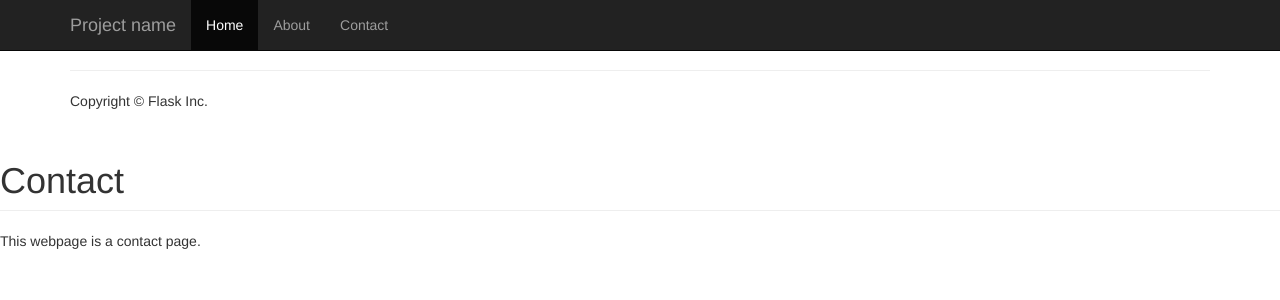
Repository: BodleyAlton/info3180-lab3-ex2
Page: app/templates/contact.html
The author's editor kept a record of every edit. The page is drawn from the files as they stood at one moment, then again after the next edit.
The browser window is 1280 px wide. The pictures show the whole page.
The template is drawn by Flask 3. The application's start-up code is not run. Other server files are loaded and not shown. The template is opened directly, without the code that normally fills it, so the values that code supplies are empty.

Above is the page before.

### app/templates/contact.html
{% include 'base.html' %}

{% block main %}
<h1 class="page-header">Contact</h1>
<p>This webpage is a contact page.</p>
{% endblock %}

### app/templates/base.html
<!DOCTYPE html>
<html lang="en">
  <head>
    <meta charset="utf-8">
    <meta http-equiv="X-UA-Compatible" content="IE=edge">
    <meta name="viewport" content="width=device-width, initial-scale=1">
    <!-- The above 3 meta tags *must* come first in the head; any other head content must come *after* these tags -->
    <title>Flask Starter App</title>

    <!-- Bootstrap -->
    <link href="/static/css/bootstrap.min.css" rel="stylesheet">

    <!-- HTML5 shim and Respond.js for IE8 support of HTML5 elements and media queries -->
    <!-- WARNING: Respond.js doesn't work if you view the page via file:// -->
    <!--[if lt IE 9]>
      <script src="https://oss.maxcdn.com/html5shiv/3.7.3/html5shiv.min.js"></script>
      <script src="https://oss.maxcdn.com/respond/1.4.2/respond.min.js"></script>
    <![endif]-->
    <link rel="stylesheet" href="/static/css/app.css">
    {% block css %} {% endblock%}
  </head>
  <body>
    <header>
        {% include "header.html" %}
    </header>
    <main>
        <div class="container">
            {% block main %}{% endblock %}
        </div>
    </main>
    <footer>
        <div class="container">
            {% include "footer.html" %}
        </div>
    </footer>

    <!-- jQuery (necessary for Bootstrap's JavaScript plugins) -->
    <script src="https://ajax.googleapis.com/ajax/libs/jquery/1.12.4/jquery.min.js"></script>
    <!-- Include all compiled plugins (below), or include individual files as needed -->
    <script src="/static/js/bootstrap.min.js"></script>
    {% block js %} {% endblock%}
  </body>
</html>

### app/templates/header.html
<nav class="navbar navbar-inverse navbar-fixed-top">
      <div class="container">
        <div class="navbar-header">
          <button type="button" class="navbar-toggle collapsed" data-toggle="collapse" data-target="#navbar" aria-expanded="false" aria-controls="navbar">
            <span class="sr-only">Toggle navigation</span>
            <span class="icon-bar"></span>
            <span class="icon-bar"></span>
            <span class="icon-bar"></span>
          </button>
          <a class="navbar-brand" href="#">Project name</a>
        </div>
        <div id="navbar" class="collapse navbar-collapse">
          <ul class="nav navbar-nav">
            <li class="active"><a href="{{ url_for('home') }}">Home</a></li>
            <li><a href="{{ url_for('about') }}">About</a></li>
            <li><a href="{{ url_for('contact') }}">Contact</a></li>
          </ul>
        </div><!--/.nav-collapse -->
      </div>
</nav>

Loaded but not shown: app/templates/footer.html (common file); app/static/css/bootstrap.min.css (library); app/static/css/app.css (common file); app/static/js/bootstrap.min.js (library)

After the next edit:
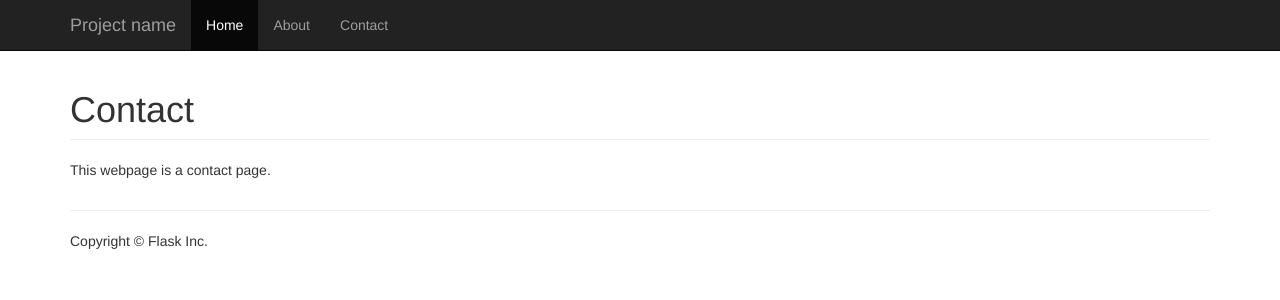
The edit:
--- a/app/templates/contact.html
+++ b/app/templates/contact.html
@@ -1,4 +1,4 @@
-{% include 'base.html' %}
+{% extends "base.html" %}
 
 {% block main %}
 <h1 class="page-header">Contact</h1>
